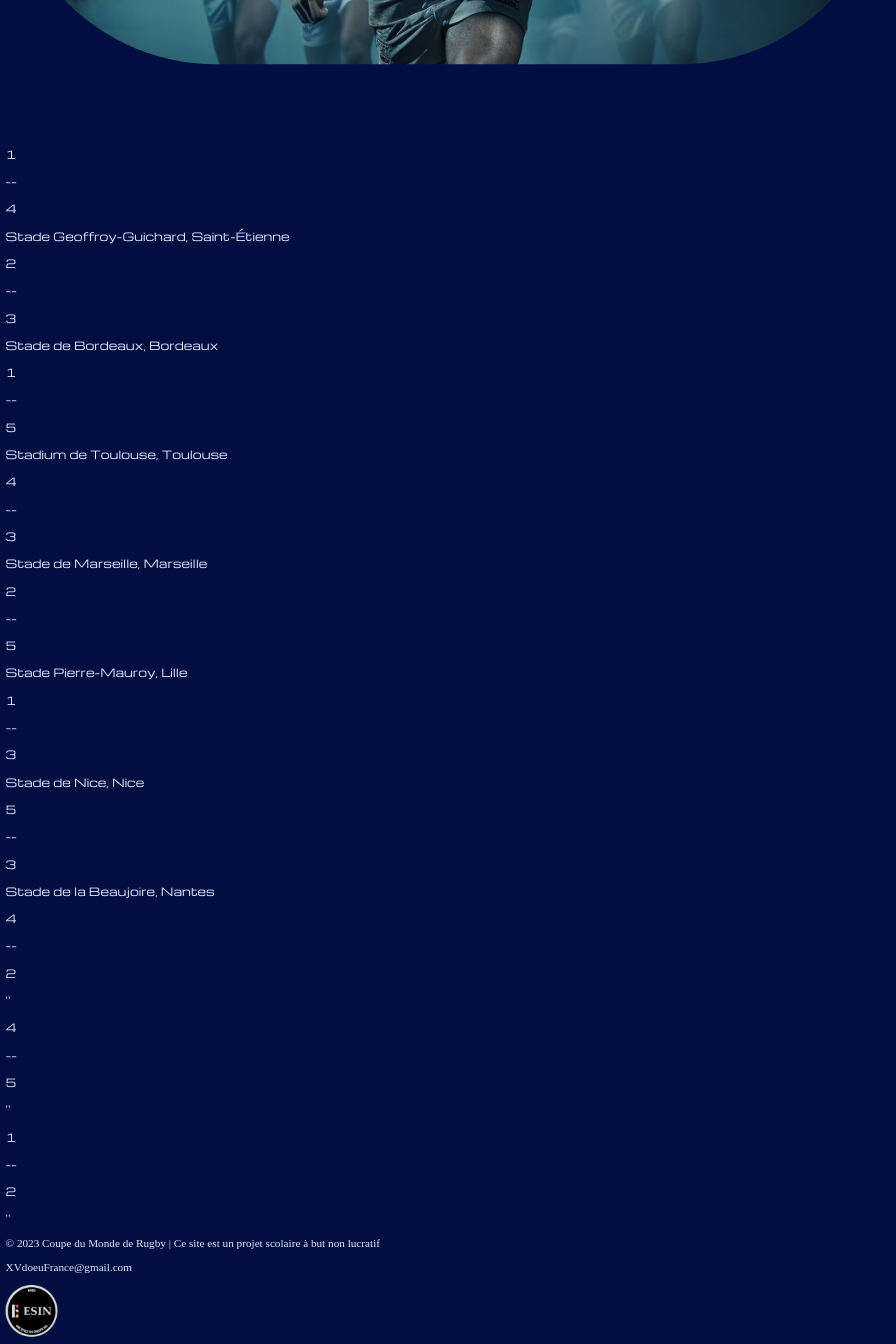
Repository: Yohann-Hamon/Projet_Rugby
Page: http://localhost/meetings_page.php
The author's editor kept a copy of each file at every save. The page is drawn from the files as they stood at one save, then again after the next save.
The browser window is 1280 px wide. The pictures show the part of the page from y = 684 to 2604 px (the page is 2606 px tall before and 3386 px after), at 70% of full size.
The page is run by PHP 8.4 with error messages shown; the project is at /var/www/html/. The database holds what the project's SQL file puts in it.

Above is the page before, as saved 2023-06-30 14:54:51.

### meetings_page.php
<!DOCTYPE html>
<html lang="en">
    <head>
        <!-- style.css -->
        <link rel="stylesheet" href="./front/style/colors.css">

        <!-- meetings-page.css -->
        <link rel="stylesheet" href="./front/style/meetings-page.css">

        <!-- COMPONENTS -->
        <!-- buttons -->
        <link rel="stylesheet" href="./front/components/molecules/buttons/navbutton/navbutton.css">
        <!-- meeting -->
        <link rel="stylesheet" href="./front/components/molecules/meeting/meeting.css">

        <!-- Header -->
        <link rel="stylesheet" href="./front/components/organisms/header/header.css">
        <!-- meetings -->
        <link rel="stylesheet" href="./front/components/organisms/meetings/meetings.css">

        <meta charset="UTF-8">
        <meta http-equiv="X-UA-Compatible" content="IE=edge">
        <meta name="viewport" content="width=device-width, initial-scale=1.0">

        <title> Les Rencontres </title>
    </head>
    <body>
        <?php
            // header
            include './front/components/organisms/header/header.php'; ?>

        <?php

            // meetings
            include './front/components/organisms/meetings/meetings.php';

            //footer
            include './front/components/organisms/footer/footer.php';

        ?>
    </body>
</html>

### front/components/organisms/header/header.php
<?php
  include './front/components/molecules/buttons/navbutton/navbutton.php';
?>

<header class="o-header">
  <div class="o-header__logo">
    <img src="./front/style/images/logo.svg" alt="logo">
    <h1 class=" nav-title primary900">Le XV d'oeuFrance</h1>
  </div>

  <div class="o-header__user">
    <?php
      navButtonComponent('#','rencontres');
      navButtonComponent('#','équipes');
      navButtonComponent('#','joueurs');
    ?>
  </div>
</header>

### front/components/molecules/buttons/navbutton/navbutton.php
<?php
    function navButtonComponent($url, $text)
    {
        echo'<a href="'.$url.'" class="a-button navigation">'.$text.'</a>';
    }
?>

### front/components/organisms/meetings/meetings.php
<section class="o-meetings">
    <div class="meeting-background"></div>
    <h1 class="o-meetings title primary100">Les rencontres</h1>

    <div class="o-meetings__table">
        <?php

            include './bdd/Meetings.php';

            $meeting = new Meetings();
            $meetings = $meeting->findAll();

            foreach($meetings as $a_meeting){

                include './front/components/molecules/meeting/meeting.php';
            }
        ?>
    </div>

</section>

<?php

### bdd/Meetings.php
<?php

// require_once './bdd/BDD.php';
require_once __DIR__. '/BDD.php';

class Meetings extends BDD{
	private $id;
	private $datetime;
    private $team_1;
    private $team_2;
	private $place;
	private $score;

	public function setId(int $id) : self
	{
		$this->id = $id;
		return $this;
	}

	public function getId() : int
	{
		return $this->id;
	}

	public function setDatetimeStarts(string $datetime) : self
	{
		$this->datetime = $datetime;
		return $this;
	}

	public function getDatetimeStarts() : DateTime
	{
        $datetime = new DateTime($this->datetime);
		return $datetime;
	}

	public function setTeam1(int $team1) : self
	{
		$this->team1 = $team1;
		return $this;
	}

	public function getTeam1() : int
	{
		return $this->team1;
	}

    public function setTeam2(int $team2) : self
	{
		$this->team2 = $team2;
		return $this;
	}

	public function getTeam2() : int
	{
		return $this->team2;
	}

    public function setPlace(string $place) : self
	{
		$this->place = $place;
		return $this;
	}

	public function getPlace() : string
	{
		return $this->place;
	}

	public function setScore(string $score) : self
	{
		$this->score = $score;
		return $this;
	}

	public function getScore() : string
	{
		return $this->score;
	}

	public function findAll(){
		$co = $this->co;

		$sql = 'SELECT * FROM meetings';
		$req = $co->prepare($sql);
		$req->execute();

		$meetings = $req->fetchAll();

		return $meetings;
	}

	public function add($datetime, $team_1, $team_2, $place, $score ){
        $co = $this->co;

        $sql = 'INSERT INTO meetings(datetime, team_1, team_2, place, score )
		VALUES(:datetime, :team_1, :team_2, :place, :score )';
        $req = $co->prepare($sql);

		$req->execute([
			'datetime' => $datetime,
            'team_1' => $team_1,
            'team_2' => $team_2,
			'place' => $place,
            'score' => $score,
		]);

		$meetings = $req->rowCount();
		return $meetings;
    }


	public function modify(){

		$co = $this->co;

        $sql = 'UPDATE meetings
		SET
		datetime = :datetime,
		team_1 = :team_1,
		team_2 = :team_2,
		place = :place,
		score = :score

		WHERE
		id = :id ';

        $req = $co->prepare($sql);

		$id = $_POST['id'];
		$datetime = $_POST['datetime'];
		$team_1 = $_POST['team_1'];
		$team_2 = $_POST['team_2'];
		$place = $_POST['place'];
		$score = $_POST['score'];

		$req->bindParam(':id', $id, PDO::PARAM_INT);
		$req->bindParam(':datetime', $datetime, PDO::PARAM_STR);
		$req->bindParam(':team_1', $team_1, PDO::PARAM_INT);
		$req->bindParam(':team_2', $team_2, PDO::PARAM_INT);
		$req->bindParam(':place', $place, PDO::PARAM_STR);
		$req->bindParam(':score', $score, PDO::PARAM_STR);

		$req->execute();

		$meetings = $req->rowCount();
		return $meetings;
    }

	public function delete($id){
        $co = $this->co;

        $sql = 'DELETE FROM meetings WHERE id = :id';
        $req = $co->prepare($sql);
        $req->execute([
			'id' => $id
		]);
		$meetings = $req->rowCount();
		return $meetings;
    }
}

### bdd/BDD.php
<?php

	class BDD{

		private $host = 'localhost';
		private $dbname = 'rugby_world_cup_2023';
		private $user = 'root';
		private $pwd = '';

		protected $co = false;

		public function __construct()
		{
			if($this->co == false){
				try{
					$this->co = new PDO('mysql:host='.$this->host.';dbname='.$this->dbname, $this->user, $this->pwd);
					$this->co->setAttribute(PDO::ATTR_ERRMODE, PDO::ERRMODE_EXCEPTION);
				}
				catch(Exception $e){
					die($e->getMessage());
				}
			}
		}

		public function getCo(){
			return $this->co;
		}
	}

### front/components/molecules/meeting/meeting.php
<div class="o-meeting primary900">
    <?php
        // $date = new DateTime($a_meeting['datetime']);

        // setlocale(LC_TIME, 'fr_FR.utf8', 'fra');
        // Formatage de l'heure selon le format souhaité
        // $week_days = strftime('%A', $date->getTimestamp());
        // $day = $date->format('j');
        // $month = $strftime('%B', $date->getTimestamp());
        // $hour = $date->format('H');
        // $minute = $date->format('i');

        // echo '<p>'.$week_days.' '.$day.' '.$month.', '.$hour.'h'.$minute.'</p>';
        // $a_meeting['datetime'] = $datetime;
        // $reversedDateTime = data("H:i d:m:Y", strtotime($datetime));
    ?>
    <p>
        <?php
            // echo $reversedDateTime;
        ?>
    <p>
    <div class="o-meeting__competitors">
        <?php
            // echo '<p>'.$week_days.' '.$day.' '.$month.', '.$hour.'h'.$minute.'</p>';
        ?>
        <p><?=$a_meeting['team_1']?><p>
        <img src="" class="country"
        <p><?=$a_meeting['score']?><p>
        <p><?=$a_meeting['team_2']?><p>
    </div>
    <p><?=$a_meeting['place']?><p>
</div>

### front/components/organisms/footer/footer.php
<footer class="o-footer">
    <p class=" primary900 o-footer__content">© 2023 Coupe du Monde de Rugby | Ce site est un projet scolaire à but non lucratif </p>
    <p class=" primary900 o-footer__content"> XVdoeuFrance@gmail.com</p>
    <img class="o-footer__logo" src="front/components/organisms/footer/logo.png"></li>
</footer>

### front/style/colors.css
:root {
  /* Primary */
  --primary-100: #000E41;
  --primary-200: #031452;
  --primary-300: #002DC9;
  --primary-400: #7289D7;
  --primary-500: #869CE8;
  --primary-600: #A5B0D7;
  --primary-700: #B4C4FF;
  --primary-800: #C9D5FF;
  --primary-900: #E0E7FF;
  /* Sencondary */
  --sencondary-100: #D08800;
  --sencondary-200: #D7A13C;
  --sencondary-300: #E5BF78;
  --sencondary-400: #E09D1E;
  --sencondary-500: #FFA700;
  --sencondary-600: #E7C40E;
  --sencondary-700: #F1C40D;
  --sencondary-800: #F5DD5C;
  --sencondary-900: #F6E1A2;
  /* Terciary */
  --terciary-100: #5E0000;
  --terciary-200: #900000;
  --terciary-300: #B30000;
  --terciary-400: #8A4219;
  --terciary-500: #A43B00;
  --terciary-600: #C94800;
  --terciary-700: #E18A58;
  --terciary-800: #DA9F7F;
  --terciary-900: #F1C3A8;
  /* Neutral */
  --neutral-100: #232323;
  --neutral-200: #414141;
  --neutral-300: #6F6E6E;
  --neutral-400: #8B8B8B;
  --neutral-500: #A1A1A1;
  --neutral-600: #BEBEBE;
  --neutral-700: #C9C9C9;
  --neutral-800: #DDDDDD;
  --neutral-900: #EFEFEF;
}

/* Primary */

.primary100 {
  color: var(--primary-100);
}

.primary200 {
  color: var(--primary-200);
}

.primary300 {
  color: var(--primary-300);
}

.primary400 {
  color: var(--primary-400);
}

.primary500 {
  color: var(--primary-500);
}

.primary800 {
  color: var(--primary-800);
}

.primary900 {
  color: var(--primary-900);
}

.secondary500 {
  color: var(--secondary-500);
}

.secondary600 {
  color: var(--secondary-600);
}

.secondary700 {
  color: var(--secondary-700);
}

.secondary800 {
  color: var(--secondary-800);
}

.secondary900 {
  color: var(--secondary-900);
}


/* Terciary */

.terciary100 {
  color: var(--terciary-100);
}

.terciary200 {
  color: var(--terciary-200);
}

.terciary300 {
  color: var(--terciary-300);
}

.terciary400 {
  color: var(--terciary-400);
}

.terciary500 {
  color: var(--terciary-500);
}

.terciary600 {
  color: var(--terciary-600);
}

.terciary700 {
  color: var(--terciary-700);
}

.terciary800 {
  color: var(--terciary-800);
}

.terciary900 {
  color: var(--terciary-900);
}

/* Neutral */

.primary100 {
  color: var(--primary-100);
}

.primary200 {
  color: var(--primary-200);
}

.primary300 {
  color: var(--primary-300);
}

.primary400 {
  color: var(--primary-400);
}

.neutral500 {
  color: var(--neutral-500);
}

.neutral600 {
  color: var(--neutral-600);
}

.neutral700 {
  color: var(--neutral-700);
}

.neutral800 {
  color: var(--neutral-800);
}

.neutral900 {
  color: var(--neutral-900);
}

/* Neutral */

.neutral100 {
  color: var(--neutral-100);
}

.neutral200 {
  color: var(--neutral-200);
}

.neutral300 {
  color: var(--neutral-300);
}

.neutral400 {
  color: var(--neutral-400);
}

.neutral500 {
  color: var(--neutral-500);
}

.neutral600 {
  color: var(--neutral-600);
}

### front/components/molecules/buttons/navbutton/navbutton.css
@font-face {
  font-family: 'Inter';
  src: url(../../../../style/fonts/inter.woff2);
}

.a-button
{
  display: inline-block;
  padding: 12px 16px;
  background-color: none;
  color: var(--neutral-900);
  border: none;
  border-radius: 8px;
  text-decoration: none;
  font-family: 'Inter';
  text-transform: uppercase;
}

.a-button:hover
{
  background-color: none;
  color: var(--neutral-900);
  text-decoration-line: underline;
  text-transform: uppercase;
}

.a-button:focus
{
  background-color: var(--primary-500);
  outline: 2px solid var(--primary-300);
  color: var(--base-100);
}

.a-button:active
{
  background-color: var(--primary-300);
  color: var(--base-200);
}

### front/components/molecules/meeting/meeting.css
@font-face {
    font-family: 'Michroma';
    src: url('../../../style/fonts/michroma.woff2');
}

body {
    background-color: #000E41;
}

.o-meeting {
    font-family: 'Michroma';
}

.nowrap {
    white-space: nowrap;
}

### front/components/organisms/header/header.css
@font-face {
  font-family: 'Anton';
  src: url('../../../style/fonts/anton.woff2');
}

@font-face {
  font-family: 'Inter';
  src: url('../../../style/fonts/inter.woff2');
}


.o-header {
  display: flex;
  justify-content: flex-end;
  align-items: center;
  padding: 12px 34px;
  background-color: none;
  color: var(--neutral-9 00);
  font-family: 'Anton';
}

.o-header .o-header__user>*+* {
  margin-left: 56px;
  font-family: 'Inter';
  font-size: 16px;
}

.navtitle {
  font-size: 24px;
}

.o-header__logo {
  position: absolute;
  display: flex;
  justify-content: space-between;
  align-items: center;
  gap: 40px;
  right: calc(50% - 179px);
}

### front/components/organisms/meetings/meetings.css
@font-face {
    font-family: 'Anton';
    src: url('../../../style/fonts/anton.woff2');
}

.title {
    position: absolute;
    top: 520px;
    right: -15px;
    transform: translateX(-50%);
    font-size: 64px;
    font-family: 'Anton';
    z-index: 99;
}

.meeting-background {
    position: relative;
    top: -100px;
    left: 0;
    margin: 0;
    background-image: url("../../../style/background-image/meeting-background.png");
    background-repeat: no-repeat;
    background-size: cover;
    background-position: top center;
    width: 100%;
    height: 800px;
    font-size: 0;
    z-index: -1;
    border-radius: 0px 0px 300px 300px;
}

.o-meetings {
    margin: 0;
}

### front/style/images/logo.svg
<svg width="51" height="62" viewBox="0 0 51 62" fill="none" xmlns="http://www.w3.org/2000/svg">
<path fill-rule="evenodd" clip-rule="evenodd" d="M16.8632 9.67744C16.8632 9.67744 19.7685 6.34265 24.8527 5.81954C29.9368 5.29644 33.9646 7.25808 33.9646 7.25808L35.1531 0.850045L28.8804 3.8579L23.7962 0L20.3627 4.381L13.958 3.8579L16.8632 9.67744ZM27.0316 28.3787C27.0316 28.3787 29.4086 50.4144 7.28911 55.2532C11.9111 61.7264 47.8305 72.777 50.9999 36.0291C50.0095 14.2546 32.8421 6.47342 26.4373 6.66981C26.4373 6.66981 20.0326 6.34287 17.0613 11.7047C10.5245 13.6663 9.53407 17.5896 9.53407 17.5896C9.53407 17.5896 18.3819 17.1973 19.3063 18.6358C19.3063 18.6358 18.329 20.4748 18.9761 22.7553C19.58 24.8833 21.7109 27.4632 24.3244 27.4632C26.9016 27.4632 28.8307 25.9239 29.6067 24.2592C29.9731 23.4731 30.0564 22.6513 30.1186 22.0368C30.1778 21.4522 30.218 21.0552 30.4651 21.0552C31.5215 21.0552 32.9081 25.8939 27.0316 28.3787ZM15.4105 34.7868C15.4105 34.7868 10.0623 30.9288 0.290025 31.3212C-0.645756 39.56 0.554209 46.0335 5.77038 53.5531C23.6864 47.8611 24.6713 36.8978 25.2433 30.5302L25.2433 30.5301L25.2433 30.53L25.2433 30.5298C25.289 30.0216 25.332 29.5426 25.3808 29.098C18.5139 29.6864 15.4105 34.7868 15.4105 34.7868ZM25.5129 10.9198C26.2392 10.9198 27.0316 11.2206 27.0316 12.4237C27.0316 13.6269 26.1072 13.9277 25.579 13.9277C24.1263 13.9277 23.9283 12.7507 23.9283 12.4237C23.9943 10.9198 25.3149 10.9198 25.5129 10.9198Z" fill="#E0E7FF"/>
</svg>

### bdd/rugby_world_cup_2023.sql (the tables this page reads)
CREATE TABLE IF NOT EXISTS `meetings` (
  `id` int NOT NULL AUTO_INCREMENT,
  `datetime` datetime NOT NULL,
  `team_1` int NOT NULL, 
  `team_2` int NOT NULL,
  `place` varchar(255) NOT NULL,
  `score` varchar(255) NOT NULL,
  PRIMARY KEY (`id`),
  KEY `equipe_1` (`team_1`) USING BTREE,
  KEY `equipe_2` (`team_2`) USING BTREE
) ENGINE=InnoDB AUTO_INCREMENT=40 DEFAULT CHARSET=utf8mb3;

INSERT INTO `meetings` (`id`, `datetime`, `team_1`, `team_2`, `place`, `score`) VALUES
(1, '2023-09-08 21:00:00', 1, 4, 'Stade Geoffroy-Guichard, Saint-Étienne', '--'),
(2, '2023-09-09 13:00:00', 2, 3, 'Stade de Bordeaux, Bordeaux', '--'),
(3, '2023-09-14 21:00:00', 1, 5, 'Stadium de Toulouse, Toulouse', '--'),
(4, '2023-09-15 21:00:00', 4, 3, 'Stade de Marseille, Marseille', '--'),
(5, '2023-09-20 17:45:00', 2, 5, 'Stade Pierre-Mauroy, Lille', '--'),
(6, '2023-09-21 21:00:00', 1, 3, 'Stade de Nice, Nice', '--'),
(7, '2023-09-27 17:45:00', 5, 3, 'Stade de la Beaujoire, Nantes', '--'),
(8, '2023-09-29 21:00:00', 4, 2, '\'\'', '--'),
(9, '2023-10-05 21:00:00', 4, 5, '\'\'', '--'),
(10, '2023-10-06 21:00:00', 1, 2, '\'\'', '--');

ALTER TABLE `meetings`
  ADD CONSTRAINT `meetings_ibfk_1` FOREIGN KEY (`team_1`) REFERENCES `teams` (`id`) ON DELETE CASCADE ON UPDATE CASCADE,
  ADD CONSTRAINT `meetings_ibfk_2` FOREIGN KEY (`team_2`) REFERENCES `teams` (`id`) ON DELETE CASCADE ON UPDATE CASCADE;

Loaded but not shown: front/style/meetings-page.css (no stored copy; drawn as an empty file)

After the next save:
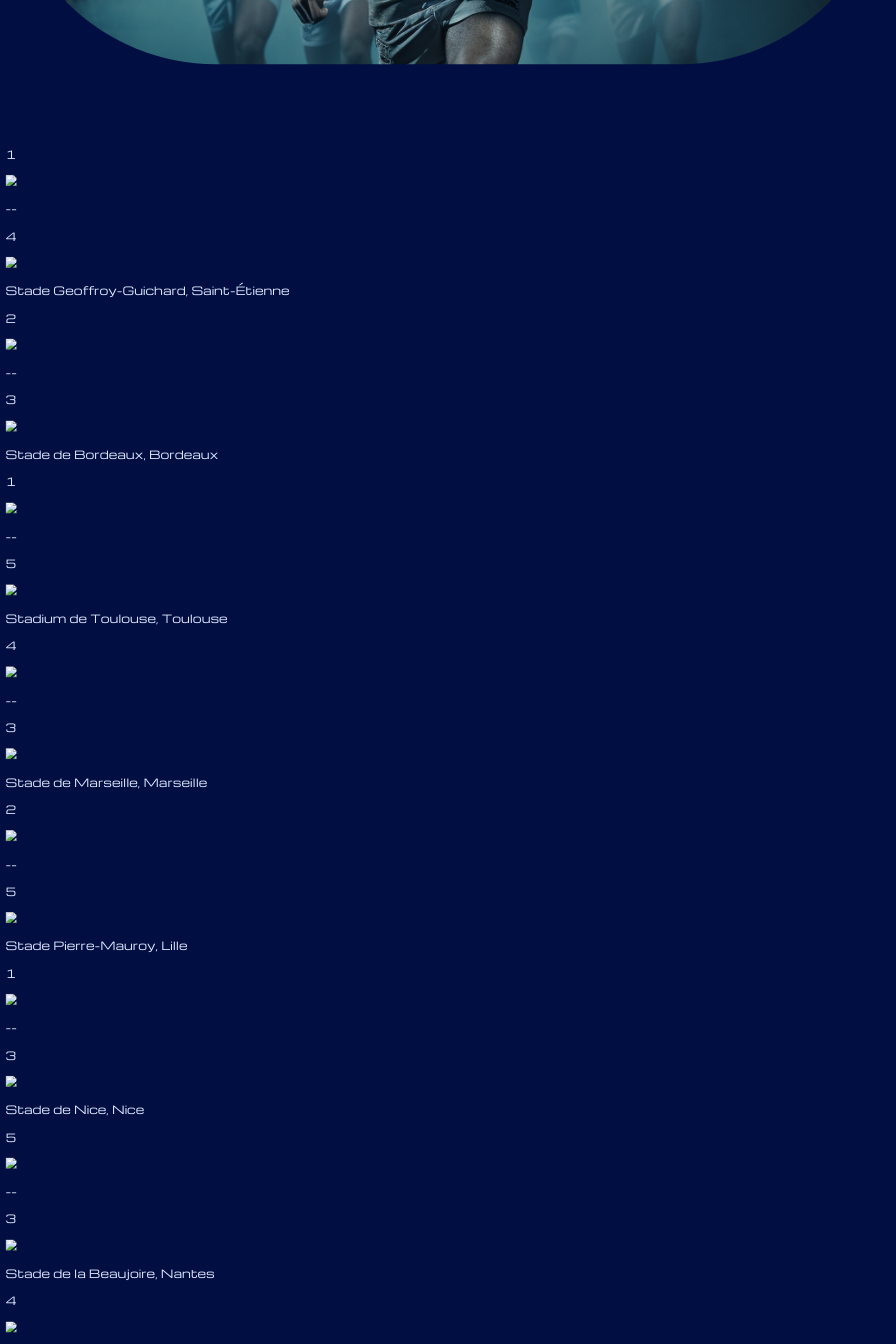
Not found: country/france.png
Not found: country/italie.png
Saved 51 s later.
--- a/front/components/molecules/meeting/meeting.php
+++ b/front/components/molecules/meeting/meeting.php
@@ -24,9 +24,11 @@
             // echo '<p>'.$week_days.' '.$day.' '.$month.', '.$hour.'h'.$minute.'</p>';
         ?>
         <p><?=$a_meeting['team_1']?><p>
-        <img src="" class="country"
+        <img src="../country/france.png" class="country">
         <p><?=$a_meeting['score']?><p>
         <p><?=$a_meeting['team_2']?><p>
+        <img src="../country/italie.png" class="country">
+
     </div>
     <p><?=$a_meeting['place']?><p>
 </div>
